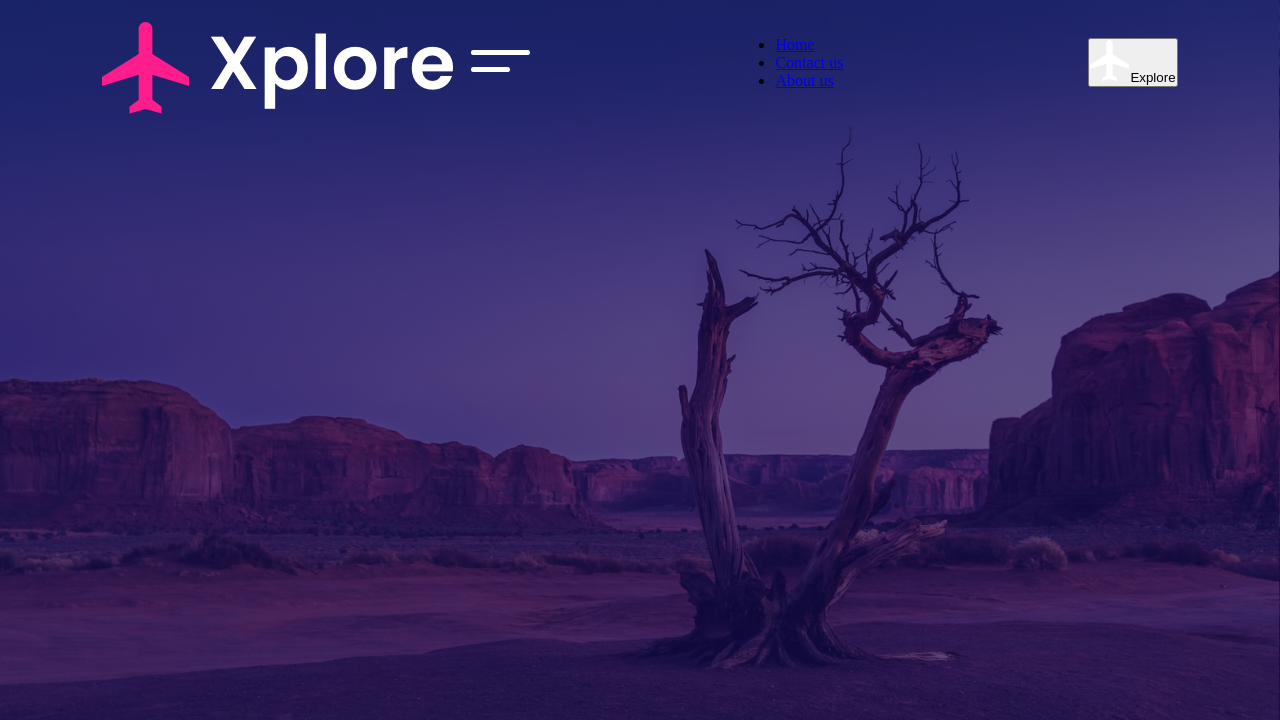
Repository: Aanchal26081/Task-2
Page: index.html
The author's editor kept a copy of each file at every save. The page is drawn from the files as they stood at one save, then again after the next save.
The browser window is 1280 px wide. The pictures show the whole page.

Above is the page before, as saved 2024-06-03 09:51:13.

### index.html
<!DOCTYPE html>
<html lang="en">
<head>
    <meta charset="UTF-8">
    <meta name="viewport" content="width=device-width, initial-scale=1.0">
    <title>Document</title>
    <link rel="stylesheet" href="main.css">
</head>
<body>
    <div class="container">
        <nav>
            <img src="images/logo.png" class="logo">
            <ul>
                <li><a href="#">Home</a></li>
                <li><a href="#">Contact us</a></li>
                <li><a href="#">About us</a></li>
            </ul>
            <button class="btn"><img src="images/icon.png">Explore</button>
        </nav>
    </div>
</body>
</html>

### main.css
*{
    margin: 0;
    padding: 0;
    box-sizing: border-box;
}
.container{
    width: 100%;
    min-height: 100vh;
    background-image: linear-gradient(rgba(9,0,77,0.65),rgba(9,0,77,0.65)), url(images/background.png);
    background-size: cover;
    background-position: center;
    padding: 10px 8%;
}
nav{
    width: 100%;
    display: flex;
    align-items: center;
    justify-content: space-between;
    /* padding: 10px 0; */
}

After the next save:
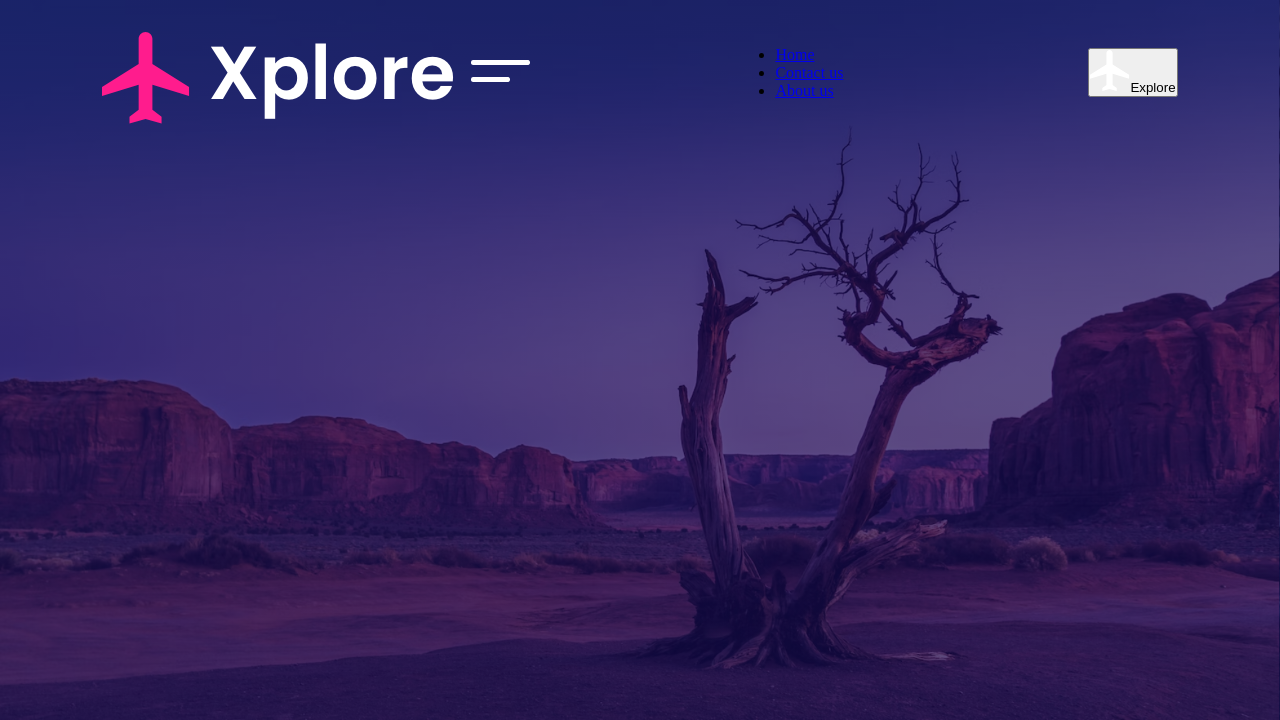
Saved 4 s later.
--- a/main.css
+++ b/main.css
@@ -16,5 +16,5 @@
     display: flex;
     align-items: center;
     justify-content: space-between;
-    /* padding: 10px 0; */
+    padding: 10px 0;
 }
